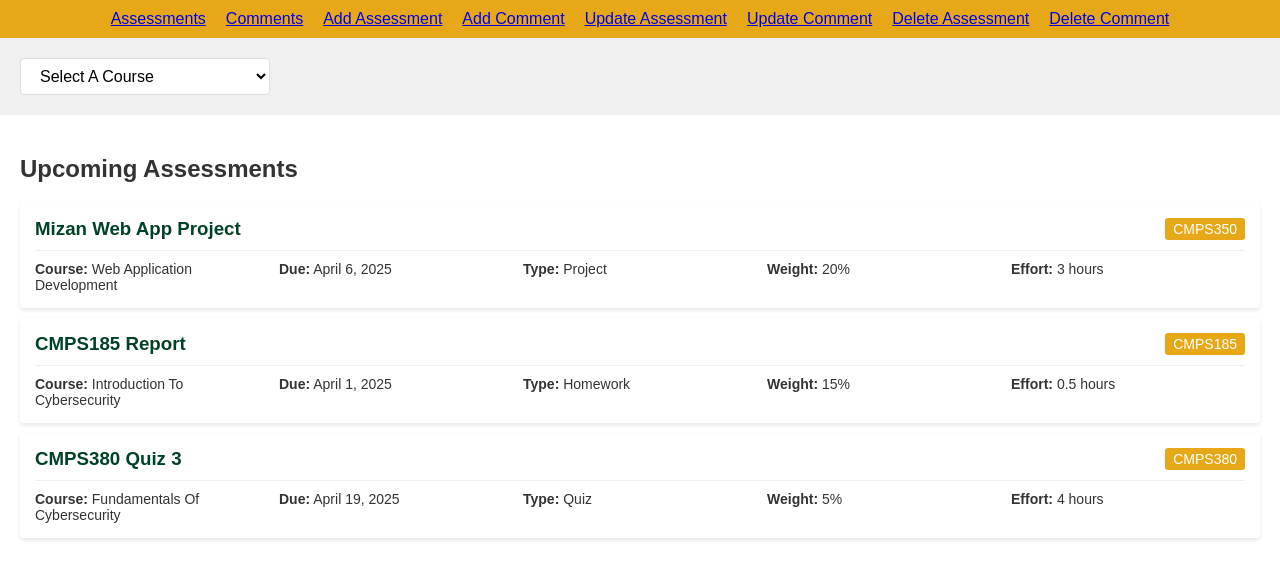
Repository: zunairahamid/Mizan-App
Page: cmps350group7-main/mizan_app/get_assessments/instructor-get-assessments/index.html
An editor plug-in stored every save of this project. The page is shown before and after the next save, followed by the edit.
The browser window is 1280 px wide. The pictures show the whole page.

Above is the page before, as saved 2025-04-24 23:34:44.

### cmps350group7-main/mizan_app/get_assessments/instructor-get-assessments/index.html
<!DOCTYPE html>
<html lang="en">
    <head>
        <meta charset="UTF-8">
        <meta name="viewport" content="width=device-width, initial-scale=1.0">
        <title>Dashboard - Mizan</title>
        <link rel="stylesheet" href="styles.css">
    </head>
    <body>
        <div class="dashboard">
            <nav>
                <a href="../../get_assessments/student-get-assessments/index.html">Assessments</a>
                    <a href="../../get_course_comments/index.html">Comments</a>
                    <a href="../../add_assessments/index.html">Add Assessment</a>
                    <a href="../../add_course_comment/index.html">Add Comment</a>
                    <a href="../../update_assessments/index.html">Update Assessment</a>
                    <a href="../../update_comment/index.html">Update Comment</a>
                    <a href="../../delete_assessments/index.html">Delete Assessment</a>
                    <a href="../../delete_comment/index.html">Delete Comment</a>

            </nav>
        </div>
        <div class="main-content">
            <div class="dropdown">
                <select id="courses">
                    <option value="">Select A Course</option>
                </select>
            </div>
            <div class="content">
                <h2>Upcoming Assessments</h2>
                <ul id="upcoming-assessments"></ul>
            </div>
        </div>
        </div>
        <script src="script.js"></script>
    </body>
</html>

### cmps350group7-main/mizan_app/get_assessments/instructor-get-assessments/styles.css
:root {
    --primary-color: #004225;
    --secondary-color: #e6a817;
    --background-light: #f9f9f9;
    --background-dark: #121212;
    --text-light: #ffffff;
    --text-dark: #333333;
    --link-color: #ff8c00;

}

body {
    font-family: Arial, Helvetica, sans-serif;
    margin: 0;
    padding: 0;
    color: var(--text-dark);
}

.dashboard {
    background: var(--secondary-color);
    padding: 10px 20px;
    box-shadow: 0 2px 5px rgba(0, 0, 0, 0.1);

}

nav {
    display: flex;
    justify-content: center;
    gap: 20px;
}

.nav-bar a:hover {
    color: var(--primary-color);
}

.main-content {
    flex: 1;
    display: flex;
    flex-direction: column;
}

.content {
    padding: 20px;
}

.dropdown {
    padding: 20px;
    background: #f0f0f0;
}

.dropdown select {
    padding: 8px 15px;
    border: 1px solid #ddd;
    border-radius: 4px;
    background: white;
    font-size: 16px;
    cursor: pointer;
    width: 250px;
}

#upcoming-assessments {
    list-style: none;
    padding: 0;
    margin: 0;
}

#upcoming-assessments li {
    background: white;
    margin: 10px 0;
    padding: 15px;
    border-radius: 4px;
    box-shadow: 0 2px 4px rgba(0,0,0,0.1);
}

.assessment-header {
    display: flex;
    justify-content: space-between;
    align-items: center;
    margin-bottom: 10px;
    border-bottom: 1px solid #eee;
    padding-bottom: 10px;
}

.assessment-header h3 {
    margin: 0;
    color: var(--primary-color);
}

.course-code {
    background: var(--secondary-color);
    color: white;
    padding: 3px 8px;
    border-radius: 3px;
    font-size: 14px;
}

.assessment-details {
    display: grid;
    grid-template-columns: repeat(auto-fill, minmax(200px, 1fr));
    gap: 10px;
}

.assessment-details span {
    font-size: 14px;
}

.error {
    color: #d32f2f;
    font-weight: bold;
    padding: 10px;
    background-color: #ffebee;
    border-radius: 4px;
}

### cmps350group7-main/mizan_app/get_assessments/instructor-get-assessments/script.js
document.addEventListener("DOMContentLoaded", async function() {
    try {
        const response = await fetch("../../mizan-data/assessments.json" );

        if (!response.ok) {
            throw new Error(`Failed to fetch data: ${response.status}`);
        }

        const assessments = await response.json();

        if (!Array.isArray(assessments)) {
            throw new Error("Invalid data format: expected array");
        }

        // Populate course dropdown
        populateCourseDropdown(assessments);

        // Display all assessments initially
        displayAssessments(assessments);

        // Add event listener for course filter
        document.getElementById("courses").addEventListener("change", function() {
            const selectedCourse = this.value;
            if (selectedCourse) {
                const filtered = assessments.filter(a => a.coursecode === selectedCourse);
                displayAssessments(filtered);
            } else {
                displayAssessments(assessments);
            }
        });

    } catch (error) {
        console.error("Error:", error);
        displayErrorMessage("Failed to load assessments. Please try again later.");
    }
});

function populateCourseDropdown(assessments) {
    const courseSelect = document.getElementById("courses");
    const courses = new Set();

    assessments.forEach(assessment => {
        if (assessment.coursecode) {
            courses.add(assessment.coursecode);
        }
    });

    courses.forEach(course => {
        const option = document.createElement("option");
        option.value = course;
        option.textContent = course;
        courseSelect.appendChild(option);
    });
}

function displayAssessments(assessments) {
    const assessmentsList = document.getElementById("upcoming-assessments");

    if (!assessmentsList) return;

    assessmentsList.innerHTML = "";

    if (assessments.length === 0) {
        assessmentsList.innerHTML = "<li>No assessments found</li>";
        return;
    }

    assessments.forEach(assessment => {
        const li = document.createElement("li");
        li.innerHTML = `
            <div class="assessment-header">
                <h3>${assessment.title}</h3>
                <span class="course-code">${assessment.coursecode}</span>
            </div>
            <div class="assessment-details">
                <span><strong>Course:</strong> ${assessment.coursename}</span>
                <span><strong>Due:</strong> ${formatDate(assessment.duedate)}</span>
                <span><strong>Type:</strong> ${assessment.assessmenttype}</span>
                <span><strong>Weight:</strong> ${assessment.weight}</span>
                <span><strong>Effort:</strong> ${assessment.efforthours} hours</span>
            </div>
        `;
        assessmentsList.appendChild(li);
    });
}

function formatDate(dateString) {
    const [day, month, year] = dateString.split("-");
    return new Date(`${month}/${day}/${year}`).toLocaleDateString('en-US', {
        year: 'numeric',
        month: 'long',
        day: 'numeric'
    });
}

function displayErrorMessage(message) {
    const assessmentsList = document.getElementById("upcoming-assessments");
    if (assessmentsList) {
        assessmentsList.innerHTML = `<li class="error">${message}</li>`;
    }
}

### cmps350group7-main/mizan_app/mizan-data/assessments.json
[
    {
        "title":"Mizan Web App Project",
        "coursecode":"CMPS350",
        "coursename":"Web Application Development",
        "program":"CS",
        "duedate":"06-04-2025",
        "efforthours":"3",
        "weight":"20%",
        "assessmenttype":"Project"

    },
    {
        "title":"CMPS185 Report",
        "coursecode":"CMPS185",
        "coursename":"Introduction To Cybersecurity",
        "program":"CS",
        "duedate":"01-04-2025",
        "efforthours":"0.5",
        "weight":"15%",
        "assessmenttype":"Homework"

    },
    {
        "title":"CMPS380 Quiz 3",
        "coursecode":"CMPS380",
        "coursename":"Fundamentals Of Cybersecurity",
        "program":"CS",
        "duedate":"19-04-2025",
        "efforthours":"4",
        "weight":"5%",
        "assessmenttype":"Quiz"

    }
]

After the next save:
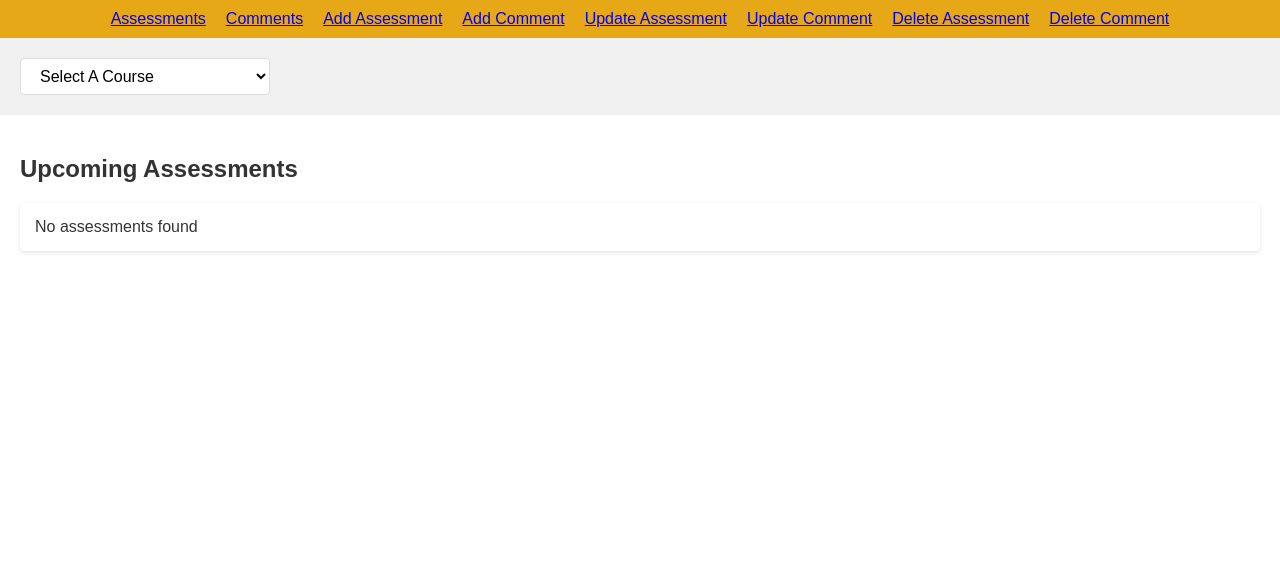
Saved 2 min 13 s later.
--- a/cmps350group7-main/mizan_app/get_assessments/instructor-get-assessments/script.js
+++ b/cmps350group7-main/mizan_app/get_assessments/instructor-get-assessments/script.js
@@ -1,16 +1,6 @@
 document.addEventListener("DOMContentLoaded", async function() {
     try {
-        const response = await fetch("../../mizan-data/assessments.json" );
-
-        if (!response.ok) {
-            throw new Error(`Failed to fetch data: ${response.status}`);
-        }
-
-        const assessments = await response.json();
-
-        if (!Array.isArray(assessments)) {
-            throw new Error("Invalid data format: expected array");
-        }
+        let assessments=JSON.parse(localStorage.getItem("assessments")??"[]");
 
         // Populate course dropdown
         populateCourseDropdown(assessments);
